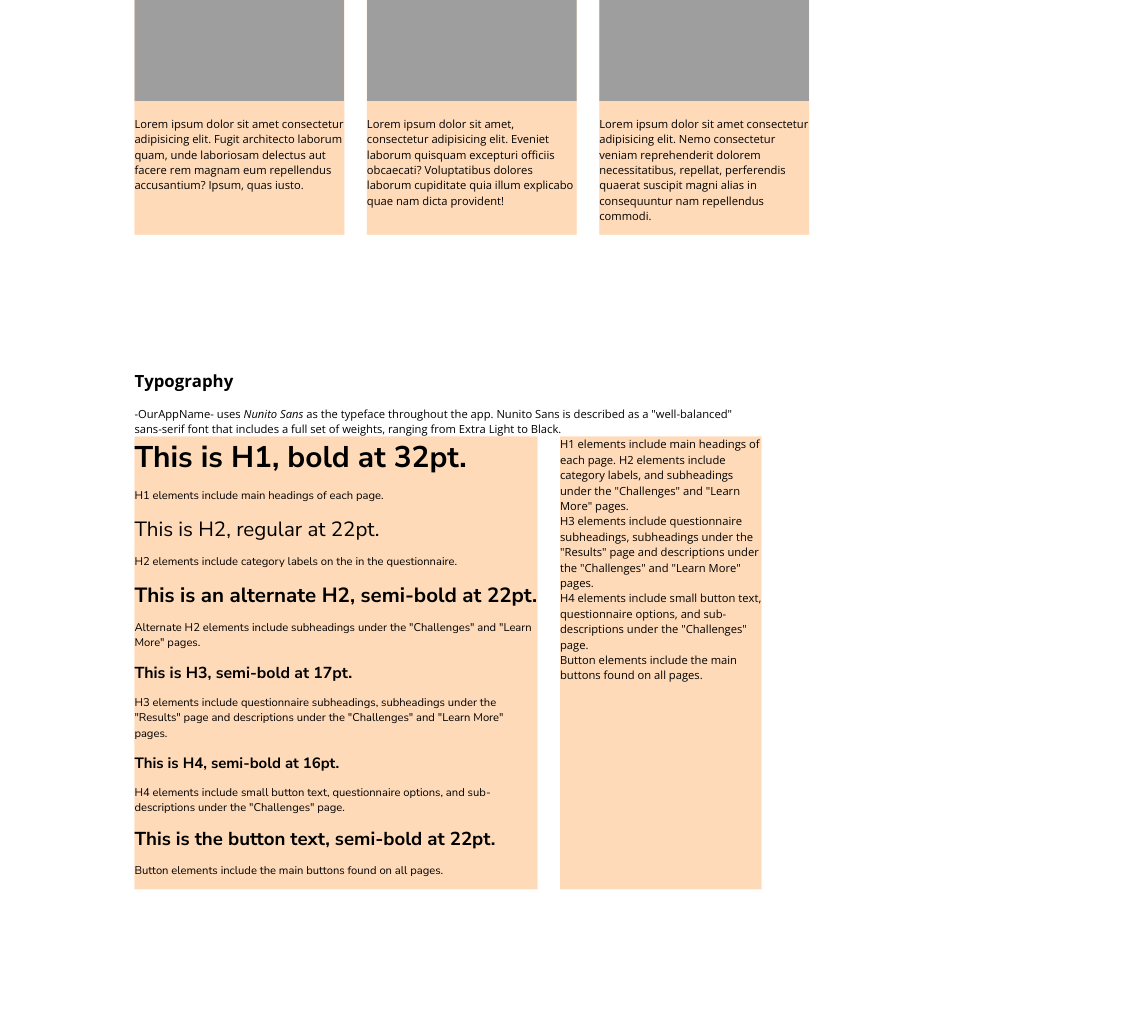
Repository: seohyun9672/Timearth-A6Styleguide
Page: page2.html
The author's editor kept a copy of each file at every save. The page is drawn from the files as they stood at one save, then again after the next save.
The browser window is 1280 px wide. The page is 1632 px wide, so the pictures cover 1632 px, including what lies to the right of the window. The pictures show the part of the page from y = 1288 to 2808 px (the page is 2751 px tall before and 2808 px after), at 70% of full size.
Pictures or frames that could not be fetched are drawn as grey boxes.

Above is the page before, as saved 2022-03-20 20:16:01.

After the next save:
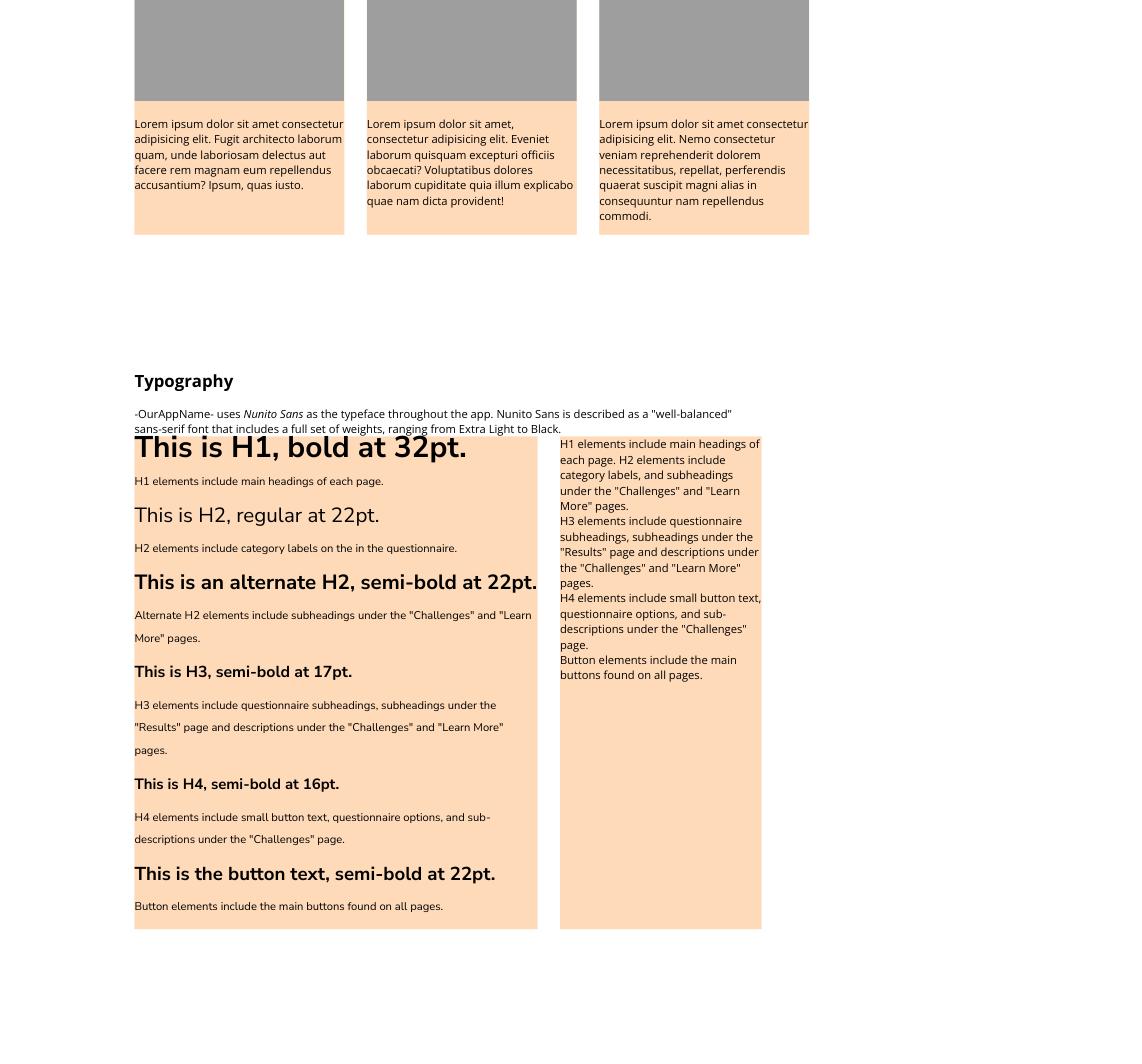
Saved 59 s later.
--- a/stylesheet.css
+++ b/stylesheet.css
@@ -136,3 +136,6 @@ li a:hover {
     font-size:20pt;
     font-weight:bolder;
 }
+.example {
+    line-height:2em;
+}
